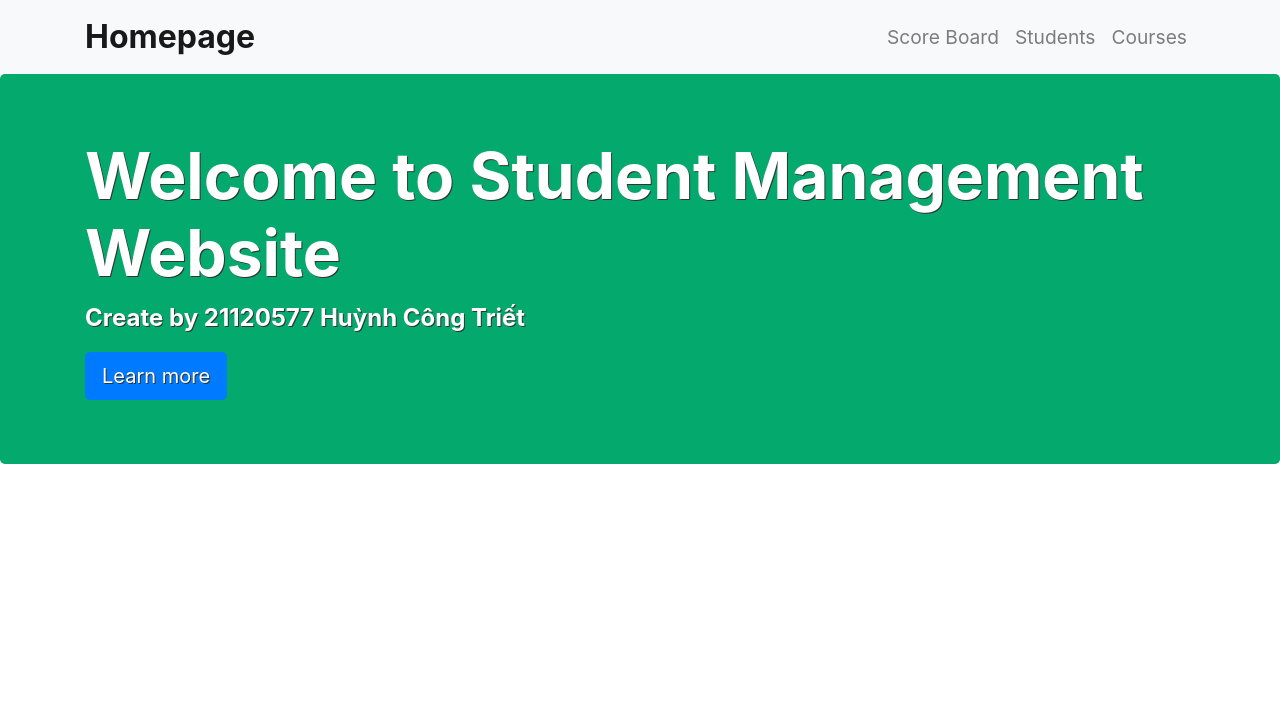
Repository: USTriett/Java-Servlet-JDBC-JSP-
Page: http://localhost/StudentManageServlet/
These files come from the project's save history. The page is drawn as it stood at one moment and after the next save; the edit follows.
The browser window is 1280 px wide. The pictures show the whole page.
The page is served by Tomcat 9.

Above is the page before, as saved 2023-04-20 18:42:46.

After the next save:
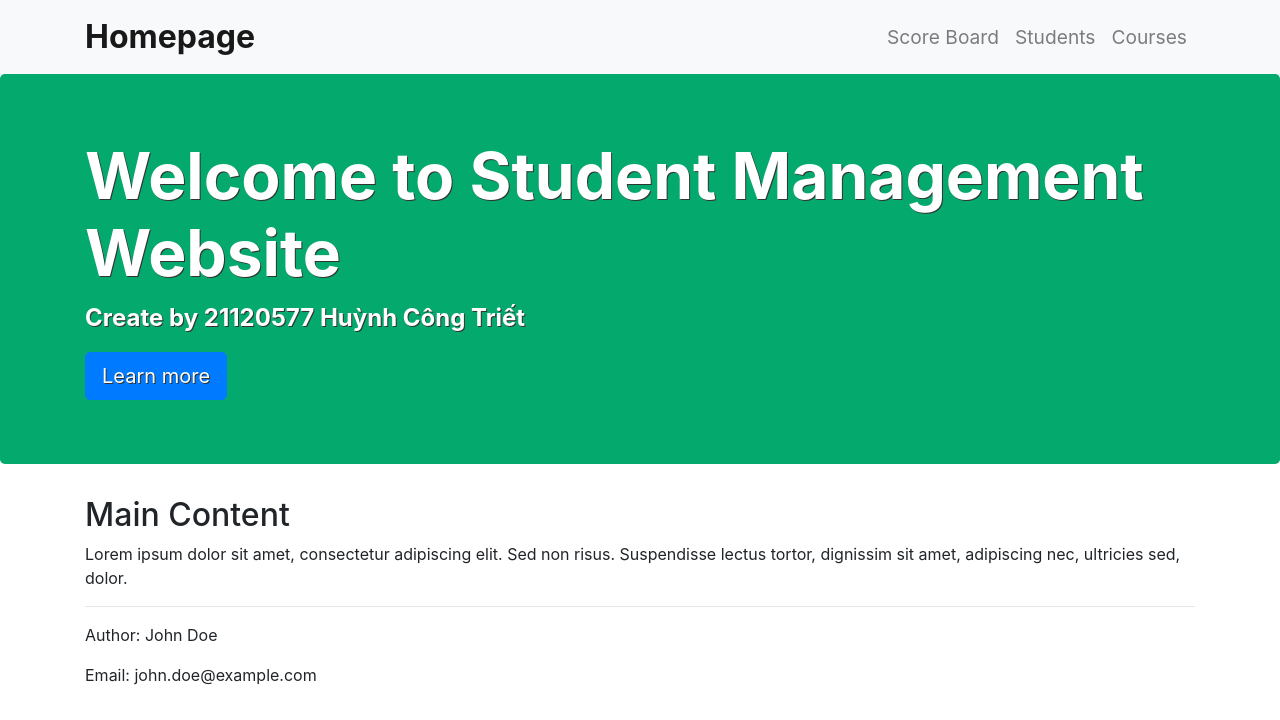
Saved 88 s later.
--- a/StudentManageServlet/src/main/webapp/WebContent/index.jsp
+++ b/StudentManageServlet/src/main/webapp/WebContent/index.jsp
@@ -91,7 +91,17 @@
 </div>
 
 <!--Main content -->
+<div class="container">
+  <h2>Main Content</h2>
+  <p>Lorem ipsum dolor sit amet, consectetur adipiscing elit. Sed non risus. Suspendisse lectus tortor, dignissim sit amet, adipiscing nec, ultricies sed, dolor.</p>
+</div>
 
+<!-- Author information -->
+<div class="container">
+  <hr>
+  <p>Author: John Doe</p>
+  <p>Email: john.doe@example.com</p>
+</div>
 
 <!--Add Bootstrap 4 JS links -->
 <script src="https://code.jquery.com/jquery-3.5.1.slim.min.js"></script>
